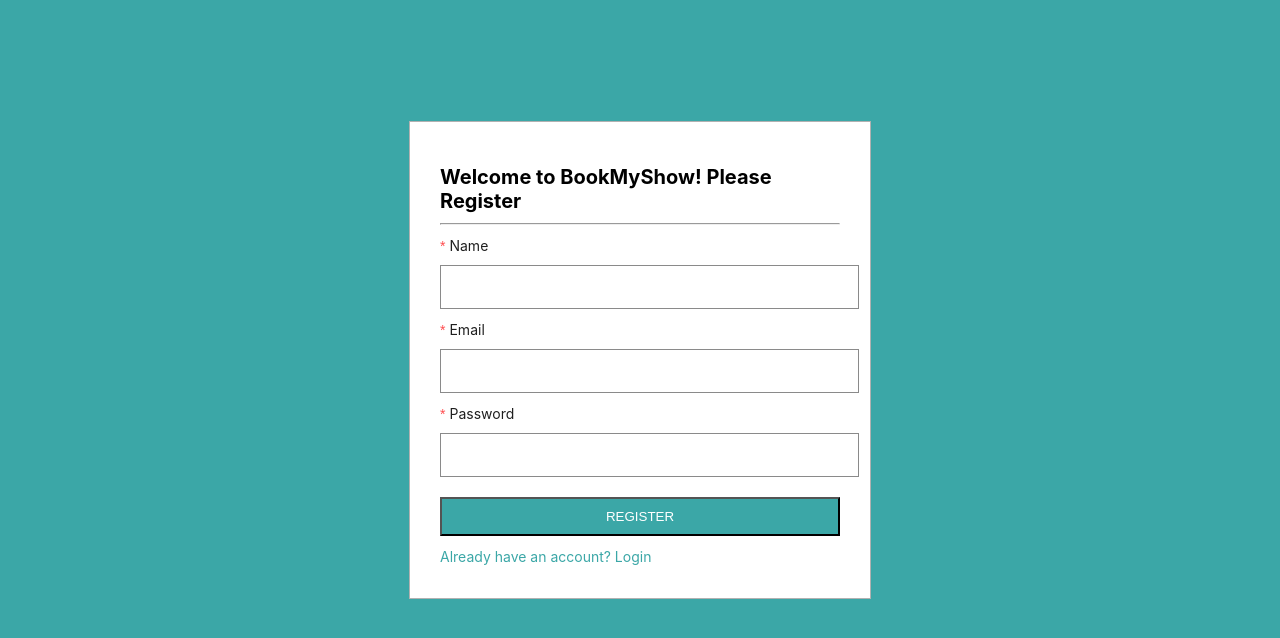
Repository: Gokulabala/BookMyShow
Page: /register (app in client/)
An editor plug-in stored every save of this project. The page is shown before and after a run of saves, followed by the edit.
The browser window is 1280 px wide. The pictures show the whole page.
Some web libraries are served in a nearby version. The project was rebuilt for these pictures with package versions that can differ from the ones it lists, and the page was loaded fresh each time. Also part of the build but not shown: client/src/pages/Home/index.js, client/src/pages/Login/index.js, client/src/components/ProtectedRoute.js.

Above is the page before, as saved 2025-07-09 16:38:12.

After the next 2 saves:
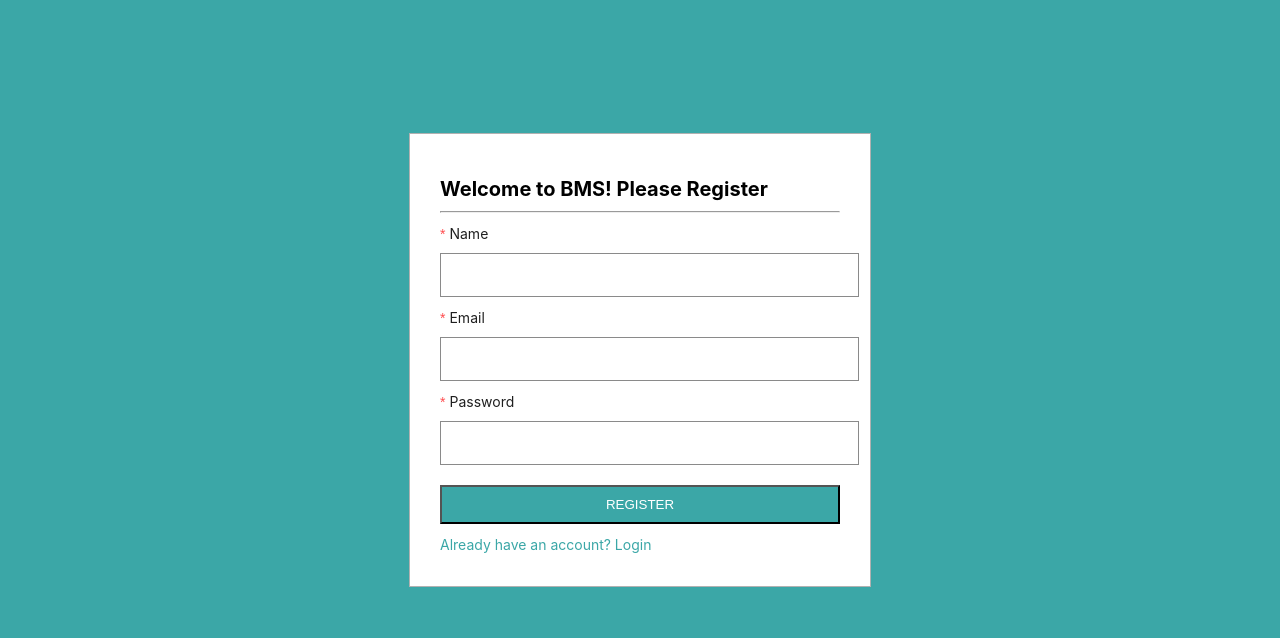
The 2 saves are shown as one change because they came seconds apart.
The last was saved 22 s later.
--- a/client/src/pages/Register/index.js
+++ b/client/src/pages/Register/index.js
@@ -29,7 +29,7 @@
     return (
         <div className="flex justify-center h-screen items-center bg-primary">
         <div className="card p-3 w-400">
-          <h1 className="text-xl mb-1">Welcome to BookMyShow! Please Register </h1>
+          <h1 className="text-xl mb-1">Welcome to BMS! Please Register </h1>
           <hr />
           <Form layout="vertical" className="mt-1" onFinish={onFinish}>
             <Form.Item
